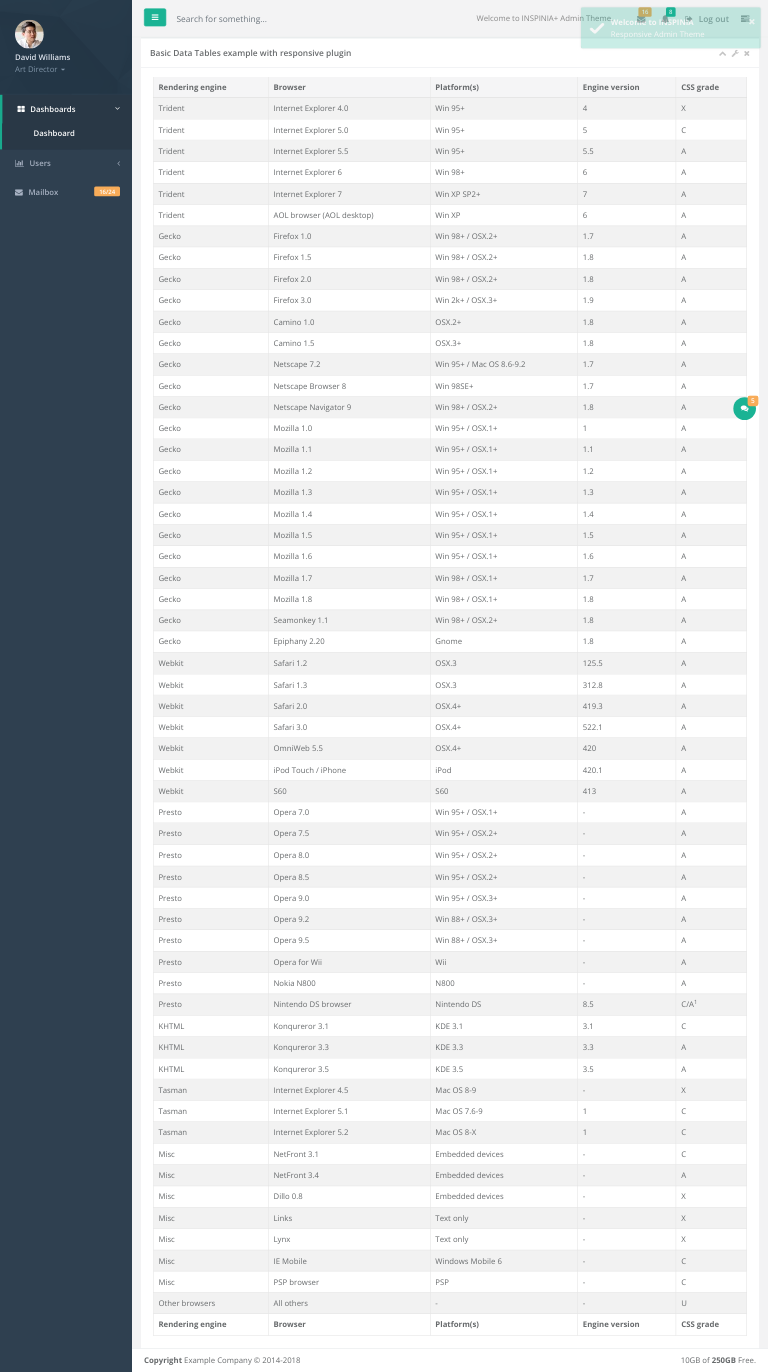
Repository: WAQARHUSSAIN12/quiz
Page: http://localhost/users
The author's editor kept a copy of each file at every save. The page is drawn from the files as they stood at one save, then again after the next save.
The browser window is 1280 px wide. The pictures show the whole page, at 60% of full size.
The page is served by the project's Laravel application, run on PHP 8.4 with Laravel 9.

Above is the page before, as saved 2024-08-09 15:23:26.
Console error: TypeError: Cannot read properties of undefined (reading 'plugins')

After the next save:
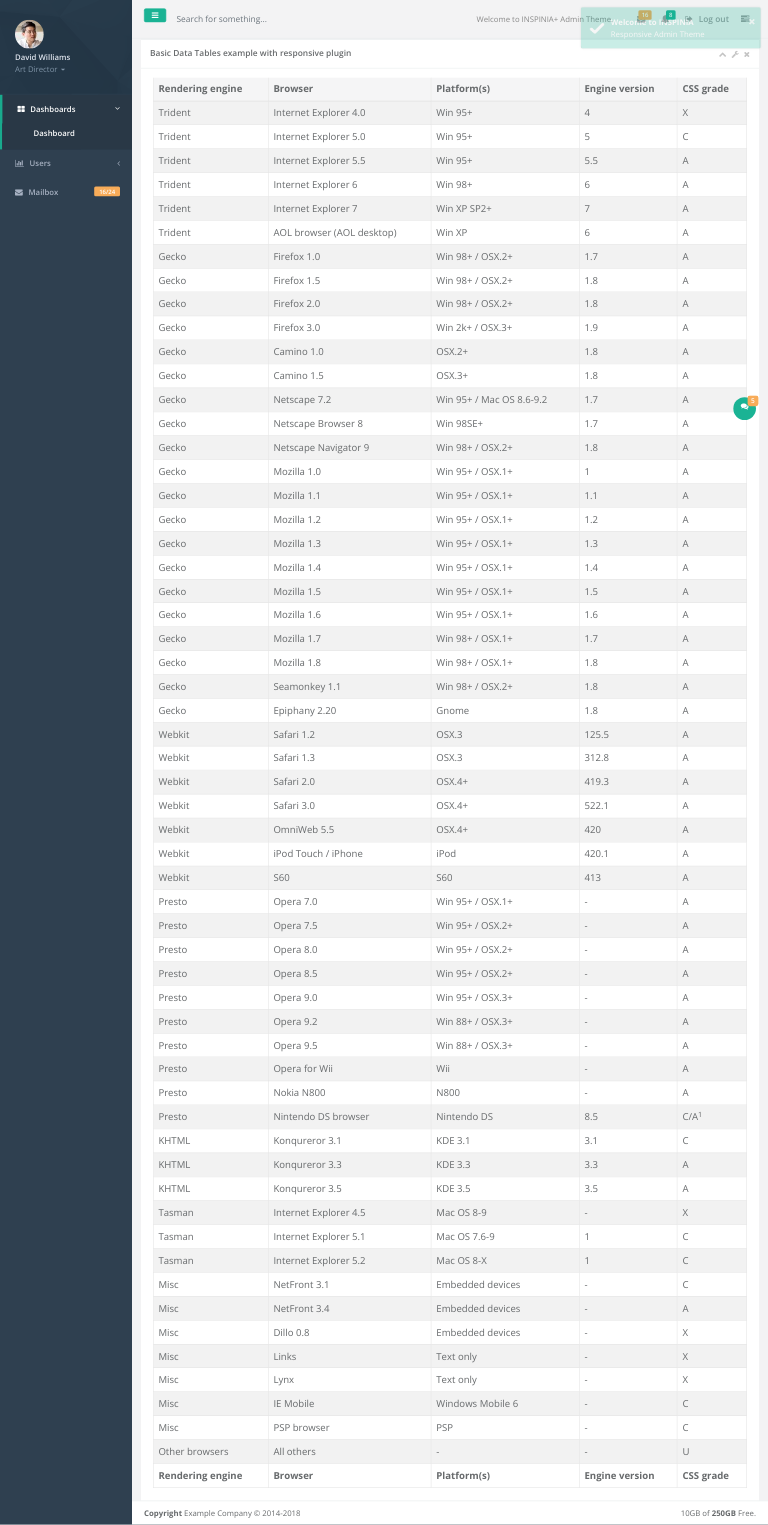
Console error: ReferenceError: $ is not defined
Saved 2 min 42 s later.
--- a/resources/views/backend/users/index.blade.php
+++ b/resources/views/backend/users/index.blade.php
@@ -467,3 +467,34 @@
 </div>
 
 @endsection
+
+   <!-- Page-Level Scripts -->
+   <script>
+        $(document).ready(function(){
+            $('.dataTables-example').DataTable({
+                pageLength: 25,
+                responsive: true,
+                dom: '<"html5buttons"B>lTfgitp',
+                buttons: [
+                    { extend: 'copy'},
+                    {extend: 'csv'},
+                    {extend: 'excel', title: 'ExampleFile'},
+                    {extend: 'pdf', title: 'ExampleFile'},
+
+                    {extend: 'print',
+                     customize: function (win){
+                            $(win.document.body).addClass('white-bg');
+                            $(win.document.body).css('font-size', '10px');
+
+                            $(win.document.body).find('table')
+                                    .addClass('compact')
+                                    .css('font-size', 'inherit');
+                    }
+                    }
+                ]
+
+            });
+
+        });
+
+    </script>
